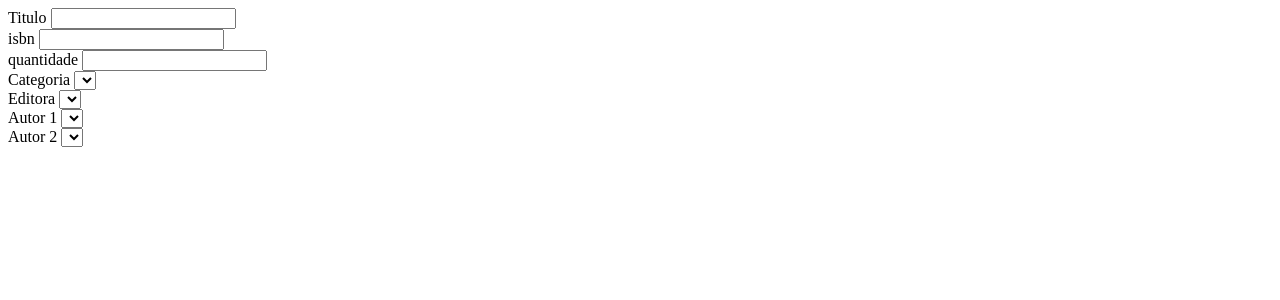
Repository: the-felipe/interfaceApiLivraria
Page: adicionar.html
These files come from the project's save history. The page is drawn as it stood at one moment and after the next save; the edit follows.
The browser window is 1280 px wide. The pictures show the whole page.

Above is the page before, as saved 2023-07-20 21:41:51.
Console error: TypeError: Cannot read properties of null (reading 'access')

### adicionar.html
<!DOCTYPE html>
<html lang="en">
<head>
    <meta charset="UTF-8">
    <meta name="viewport" content="width=device-width, initial-scale=1.0">
    <title>Adicionar Livro</title>

    <script src="token.js"></script>
</head>
<body>

    <form action="" id="form">
        <label for="titulo">Titulo</label>
        <input type="text" name="titulo" id="titulo">
        <br>
        <label for="isbn">isbn</label>
        <input type="text" name="isbn" id="isbn">
        <br>
        <label for="quantidade">quantidade</label>
        <input type="text" name="quantidade" id="quantidade">
        <br>
        <label for="categoria">Categoria</label>
        <select name="categoria" id="categoria"></select>
        <br>
        <label for="editora">Editora</label>
        <select name="editora" id="editora"></select>
        <br>
        <label for="autor1">Autor 1</label>
        <select name="autor1" id="autor1"></select>
        <br>
        <label for="autor2">Autor 2</label>
        <select name="autor2" id="autor2"></select>
    </form>

    <script>

        const form = document.getElementById("form")

        const titulo = document.getElementById("titulo")
        const isbn = document.getElementById("isbn")
        const quantidade = document.getElementById("quantidade")
        const categoria = document.getElementById("categoria")
        const editora = document.getElementById("editora")
        const autor1 = document.getElementById("autor1")
        const autor2 = document.getElementById("autor2")

        function adicionar(e) {
            e.preventDefault()

            const body = {
                titulo: titulo.value,
                isbn: isbn.value,
                quantidade: +quantidade.value,
                categoria: +categoria.value,
                editora: +editora.value,
                autores: [+autor1.value, +autor2.value]
            }
        }

        function preencher() {

            const autores = getAutenticado("https://livraria-app.herokuapp.com/api/autores/")
            const categorias = getAutenticado("https://livraria-app.herokuapp.com/api/categorias/")
            const editoras = getAutenticado("https://livraria-app.herokuapp.com/api/editoras/")

            const selectAutores = document.getElementById("autores")
            const selectCategorias = document.getElementById("categorias")
            const selectEditoras = document.getElementById("editoras")


            for(const editora of editoras) {

            }

        }

        form.addEventListener("submit", adicionar)

        window.addEventListener("load", preencher)


    </script>

</body>
</html>

### token.js
// salva o token no armazenamento local
function salvarToken(token) {
    localStorage.setItem("TOKEN", JSON.stringify(token))
}

// pega o token de volta
function pegarToken() {
    return JSON.parse(localStorage.getItem("TOKEN"))
}

// faz uma requisição GET pra URL usando o token
function getAutenticado(url) {
    const token = pegarToken()

    return fetch(url, {
        headers: {
            "Authorization": `Bearer ${token.access}`
        }
    })
}

// faz uma requisição POST pra URL usando o token
function postAutenticado(url, body) {
    const token = pegarToken()

    return fetch(url, {
        body: JSON.stringify(body),
        method: "POST",
        headers: {
            "Content-Type": "application/json",
            "Authorization": `Bearer ${token.access}`
        }
    })
}

// faz uma requisição PATCH pra URL usando o token
function patchAutenticado(url, body) {
    const token = pegarToken()

    return fetch(url, {
        body: JSON.stringify(body),
        method: "PATCH",
        headers: {
            "Content-Type": "application/json",
            "Authorization": `Bearer ${token.access}`
        }
    })
}

// faz uma requisição DELETE pra URL usando o token
function deleteAutenticado(url) {
    const token = pegarToken()

    return fetch(url, {
        method: "DELETE",
        headers: {
            "Authorization": `Bearer ${token.access}`
        }
    })
}

After the next save:
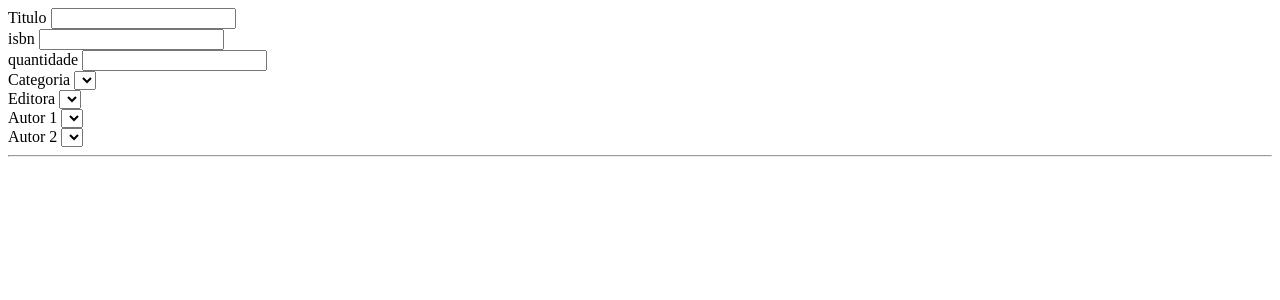
Saved 8 s later.
--- a/adicionar.html
+++ b/adicionar.html
@@ -30,6 +30,8 @@
         <br>
         <label for="autor2">Autor 2</label>
         <select name="autor2" id="autor2"></select>
+        <hr>
+
     </form>
 
     <script>
